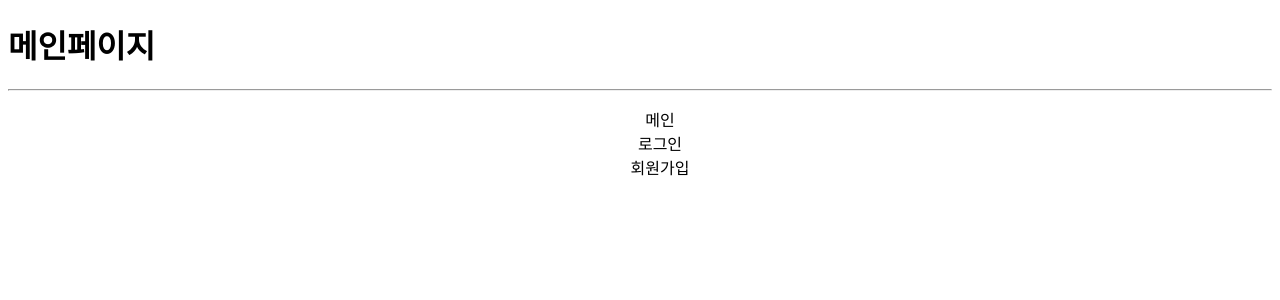
Repository: leesangbok/jsp-work
Page: http://localhost/cos/main.jsp
These files come from the project's save history. The page is drawn as it stood at one moment and after the next save; the edit follows.
The browser window is 1280 px wide. The pictures show the whole page.
The page is served by Tomcat 9.

Above is the page before, as saved 2020-08-22 02:35:41.

After the next save:
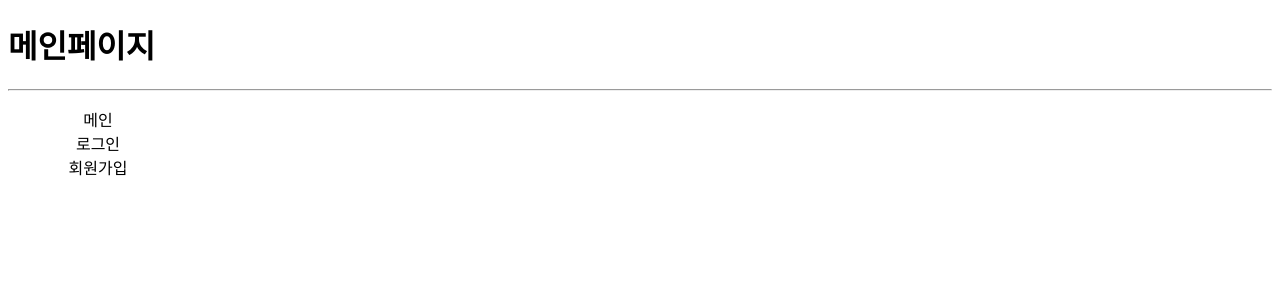
Saved 2 min 5 s later.
--- a/cos/WebContent/main.jsp
+++ b/cos/WebContent/main.jsp
@@ -8,7 +8,7 @@
 
  <style>
  	ul{text-align: center;}
- 	li{display: block;}
+ 	li{display: block; width: 100px;}
  </style>
 </head>
 <body>
